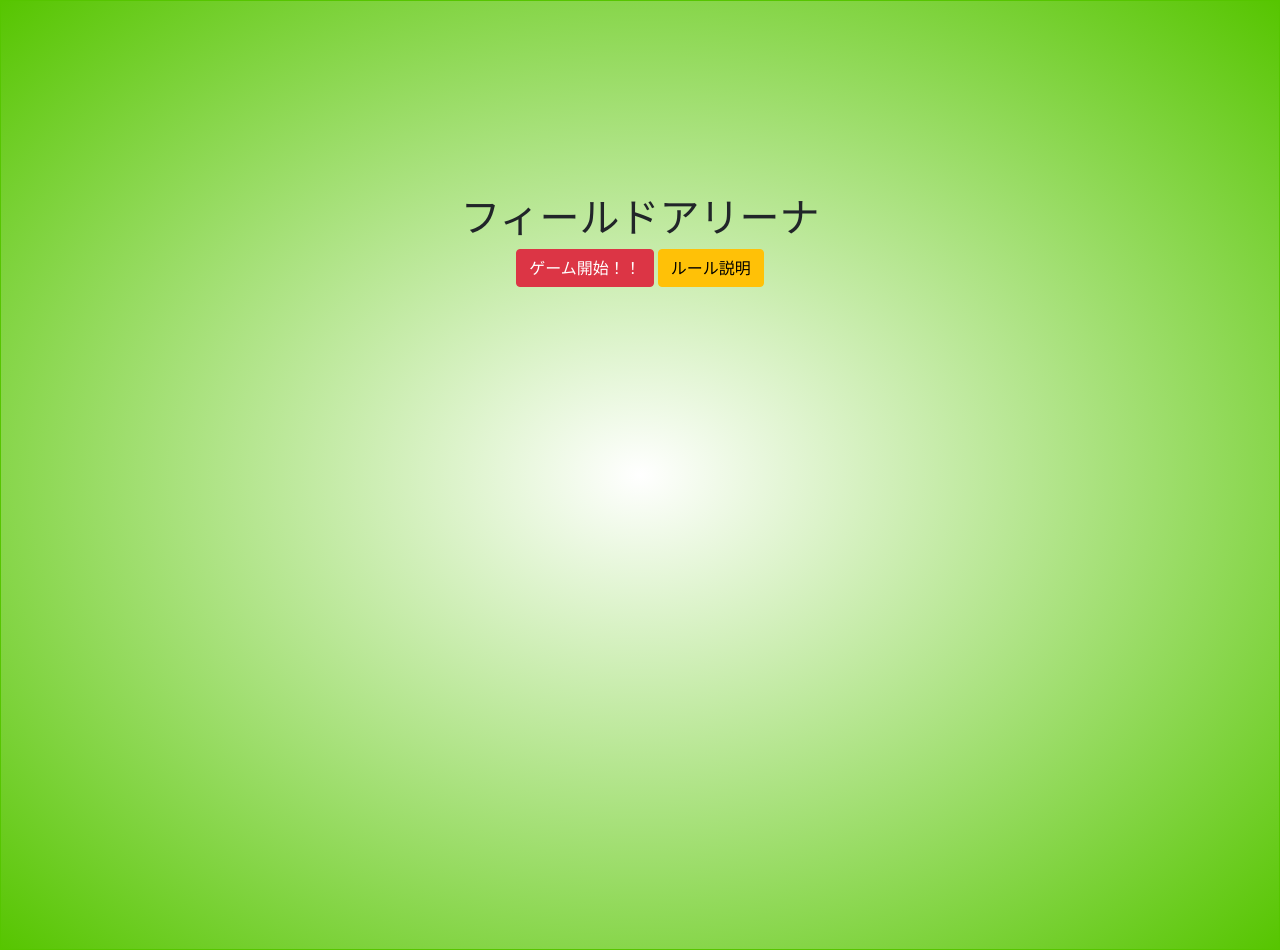
Repository: e1b21074/field_arena
Page: .log/field_arena/src/main/resources/static/index.html
The author's editor kept a copy of each file at every save. The page is drawn from the files as they stood at one save, then again after the next save.
The browser window is 1280 px wide. The pictures show the whole page.

Above is the page before, as saved 2024-01-09 14:52:36.

### .log/field_arena/src/main/resources/static/index.html
<!DOCTYPE html>
<html lang="en">

<head>
  <meta charset="UTF-8">
  <meta name="viewport" content="width=device-width, initial-scale=1.0">
  <!-- bootstrap CSS -->
  <link href="https://cdn.jsdelivr.net/npm/bootstrap@5.0.2/dist/css/bootstrap.min.css" rel="stylesheet"
    integrity="sha384-EVSTQN3/azprG1Anm3QDgpJLIm9Nao0Yz1ztcQTwFspd3yD65VohhpuuCOmLASjC" crossorigin="anonymous">

  <title>カードゲーム</title>

  <style>
    .gradient {
      background:radial-gradient(#fff, #56C500);
      height: 950px;
      border: 1px solid #56C500;
  }
  </style>
</head>

<body class="gradient">
  <center>
    <div style="text-align: center;">
      <br>
      <br>
      <br>
      <br>
      <br>
      <br>
      <br>
      <br>
      <h1>フィールドアリーナ</h1>
      <button type="button" class="btn btn-danger" onclick="location.href='/gamearea'">ゲーム開始！！</button>
      <button type="button" class="btn btn-warning" onclick="location.href='/rule'">ルール説明</button>
    </div>
  </center>

  <script src="https://cdn.jsdelivr.net/npm/bootstrap@5.0.2/dist/js/bootstrap.bundle.min.js"
    integrity="sha384-MrcW6ZMFYlzcLA8Nl+NtUVF0sA7MsXsP1UyJoMp4YLEuNSfAP+JcXn/tWtIaxVXM"
    crossorigin="anonymous"></script>
</body>

</html>

After the next save:
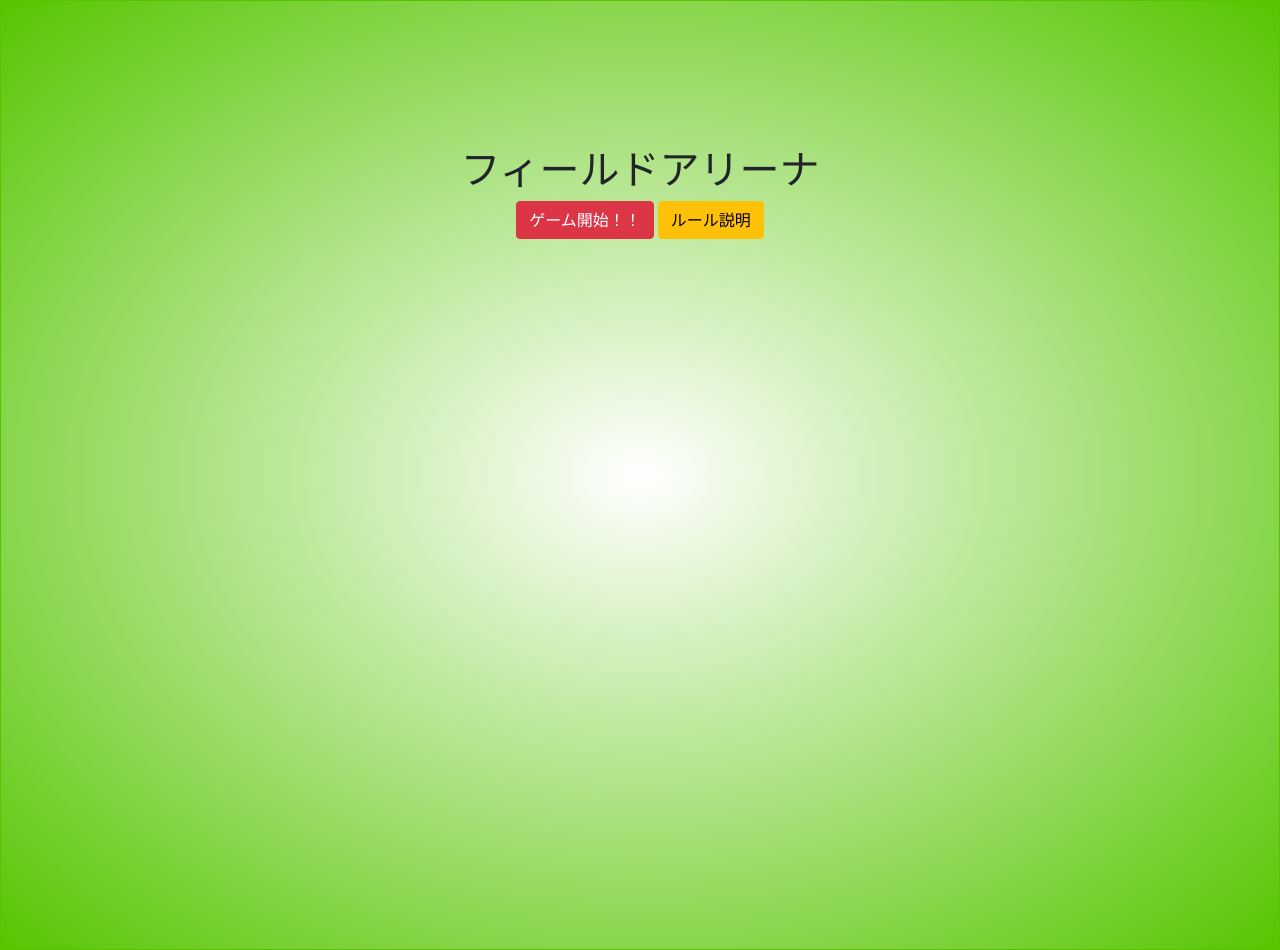
Saved 7 s later.
--- a/.log/field_arena/src/main/resources/static/index.html
+++ b/.log/field_arena/src/main/resources/static/index.html
@@ -22,14 +22,7 @@
 <body class="gradient">
   <center>
     <div style="text-align: center;">
-      <br>
-      <br>
-      <br>
-      <br>
-      <br>
-      <br>
-      <br>
-      <br>
+      <br><br><br><br><br><br>
       <h1>フィールドアリーナ</h1>
       <button type="button" class="btn btn-danger" onclick="location.href='/gamearea'">ゲーム開始！！</button>
       <button type="button" class="btn btn-warning" onclick="location.href='/rule'">ルール説明</button>
